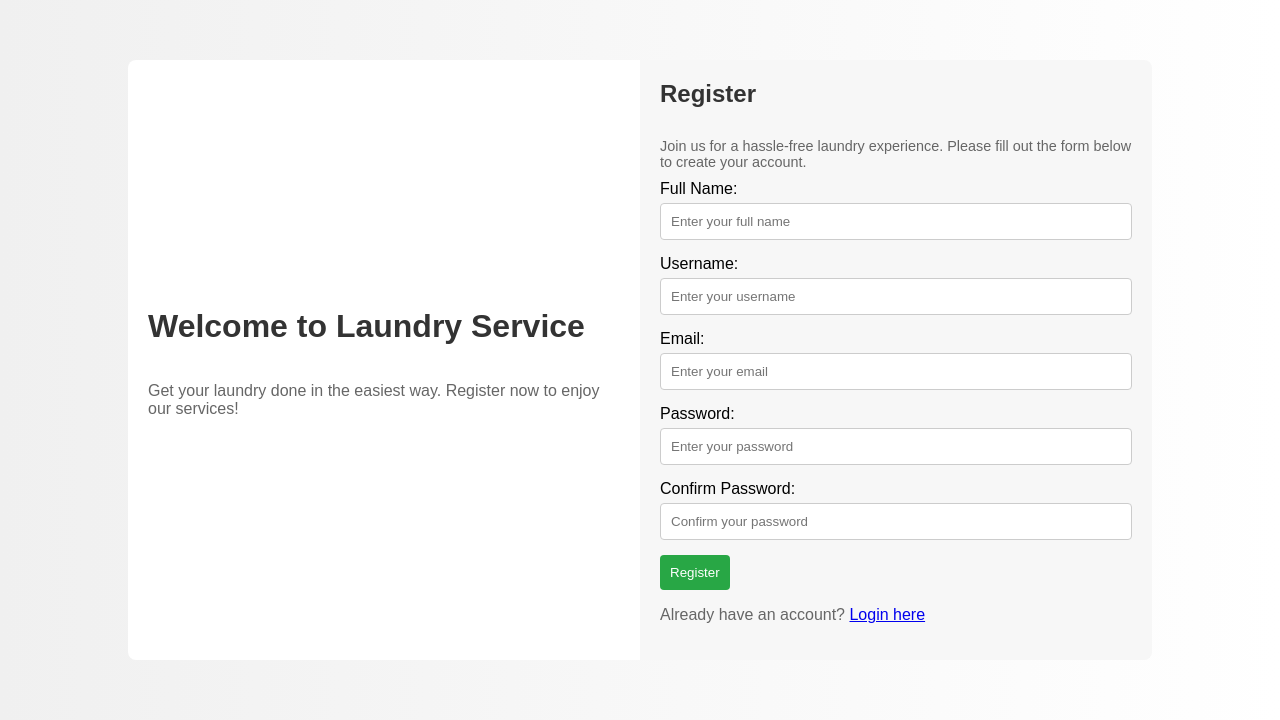
Repository: wmrmweerakoon/Online-Laundry-Management-System
Page: http://localhost/LaundryManagementSystem/Register.jsp
The author's editor kept a copy of each file at every save. The page is drawn from the files as they stood at one save, then again after the next save.
The browser window is 1280 px wide. The pictures show the whole page.
The page is served by Tomcat 9. Other server files are loaded and not shown.

Above is the page before, as saved 2024-10-07 09:42:46.

### Projects/LaundryManagementSystem/src/main/webapp/Register.jsp
<%@ page language="java" contentType="text/html; charset=UTF-8"
    pageEncoding="UTF-8"%>
<!DOCTYPE html>
<html lang="en">
<head>
    <meta charset="UTF-8">
    <meta name="viewport" content="width=device-width, initial-scale=1.0">
    <title>Register - Online Laundry Management System</title>
    <link rel="stylesheet" href="CSS/Register.css">
</head>
<body>
    <div class="register-background">
        <!-- Updated content-container div for layout -->
        <div class="content-container">
            <!-- Text content side-by-side with form -->
            <div class="text-content">
                <h1>Welcome to Laundry Service</h1>
                <p>Get your laundry done in the easiest way. Register now to enjoy our services!</p>
            </div>

            <!-- Register form container -->
            <div class="register-container">
                <h2>Register</h2>
                <p class="info-text">Join us for a hassle-free laundry experience. Please fill out the form below to create your account.</p>

                <form id="registerForm" action="RegisterServlet" method="POST" onsubmit="return validateForm()">
                    <div class="form-group">
                        <label for="fullname">Full Name:</label>
                        <input type="text" id="fullname" name="fullname" placeholder="Enter your full name" required>
                    </div>
                    <div class="form-group">
                        <label for="username">Username:</label>
                        <input type="text" id="username" name="username" placeholder="Enter your username" required>
                    </div>
                    <div class="form-group">
                        <label for="email">Email:</label>
                        <input type="email" id="email" name="email" placeholder="Enter your email" required>
                    </div>
                    <div class="form-group">
                        <label for="password">Password:</label>
                        <input type="password" id="password" name="password" placeholder="Enter your password" required>
                    </div>
                    <div class="form-group">
                        <label for="confirmPassword">Confirm Password:</label>
                        <input type="password" id="confirmPassword" name="confirmPassword" placeholder="Confirm your password" required>
                    </div>
                    <button type="submit">Register</button>
                </form>
                <p>Already have an account? <a href="Login.jsp">Login here</a></p>
            </div>
        </div>
    </div>

    <script>
        function validateForm() {
            const fullname = document.getElementById('fullname').value.trim();
            const username = document.getElementById('username').value.trim();
            const email = document.getElementById('email').value.trim();
            const password = document.getElementById('password').value;
            const confirmPassword = document.getElementById('confirmPassword').value;

            let valid = true;
            let errorMessage = "";

            clearErrors();

            // Validate Full Name
            if (fullname === "") {
                valid = false;
                errorMessage = "Full Name is required.";
                showError('fullname', errorMessage);
            }

            // Validate Username
            if (username === "") {
                valid = false;
                errorMessage = "Username is required.";
                showError('username', errorMessage);
            }

            // Validate Email
            if (email === "") {
                valid = false;
                errorMessage = "Email is required.";
                showError('email', errorMessage);
            } else if (!validateEmail(email)) {
                valid = false;
                errorMessage = "Invalid email format.";
                showError('email', errorMessage);
            }

            // Validate Password
            if (password === "") {
                valid = false;
                errorMessage = "Password is required.";
                showError('password', errorMessage);
            } else if (password.length < 8) {
                valid = false;
                errorMessage = "Password must be at least 8 characters long.";
                showError('password', errorMessage);
            }

            // Validate Confirm Password
            if (confirmPassword === "") {
                valid = false;
                errorMessage = "Please confirm your password.";
                showError('confirmPassword', errorMessage);
            } else if (password !== confirmPassword) {
                valid = false;
                errorMessage = "Passwords do not match.";
                showError('confirmPassword', errorMessage);
            }

            return valid;
        }

        function showError(inputId, message) {
            const errorElement = document.createElement('span');
            errorElement.className = 'error';
            errorElement.textContent = message;

            const inputField = document.getElementById(inputId);
            inputField.parentNode.insertBefore(errorElement, inputField.nextSibling);
        }

        function clearErrors() {
            const errorElements = document.querySelectorAll('.error');
            errorElements.forEach(element => {
                element.remove();
            });
        }

        function validateEmail(email) {
            const emailPattern = /^[^\s@]+@[^\s@]+\.[^\s@]+$/;
            return emailPattern.test(email);
        }
    </script>
</body>
</html>

### Projects/LaundryManagementSystem/src/main/webapp/CSS/Register.css
body {
    margin: 0;
    font-family: Arial, sans-serif;
}

.register-background {
    display: flex;
    justify-content: center;
    align-items: center;
    height: 100vh;
    background: linear-gradient(to right, #f0f0f0, #ffffff); /* Gradient background */
}

.content-container {
    display: flex;
    width: 80%;
    max-width: 1200px;
    border-radius: 8px;
    overflow: hidden; /* Ensure that corners are rounded */
}

.text-content {
    flex: 1; /* Take up available space */
    padding: 20px;
    display: flex;
    flex-direction: column;
    justify-content: center; /* Center text vertically */
    align-items: flex-start; /* Align text to the left */
    background-color: #ffffff; /* White background for text */
}

.register-container {
    flex: 1; /* Take up available space */
    padding: 20px;
    display: flex;
    flex-direction: column;
    justify-content: center; /* Center form vertically */
    background-color: #f7f7f7; /* Light background for form */
}

h1, h2 {
    color: #333; /* Dark text color */
}

h2 {
    margin-top: 0;
}

p {
    color: #666; /* Light gray text color */
}

.form-group {
    margin-bottom: 15px;
}

label {
    display: block;
    margin-bottom: 5px;
}

input[type="text"],
input[type="email"],
input[type="password"] {
    width: 100%;
    padding: 10px;
    border: 1px solid #ccc;
    border-radius: 4px;
    box-sizing: border-box; /* Ensures padding is included in width */
}

button {
    padding: 10px;
    background-color: #28a745; /* Green button color */
    color: white;
    border: none;
    border-radius: 4px;
    cursor: pointer;
}

button:hover {
    background-color: #218838; /* Darker green on hover */
}

.info-text {
    margin: 10px 0;
    font-size: 0.9em;
}

.error {
    color: red; /* Error text color */
    font-size: 0.9em;
    margin-top: 5px;
}

After the next save:
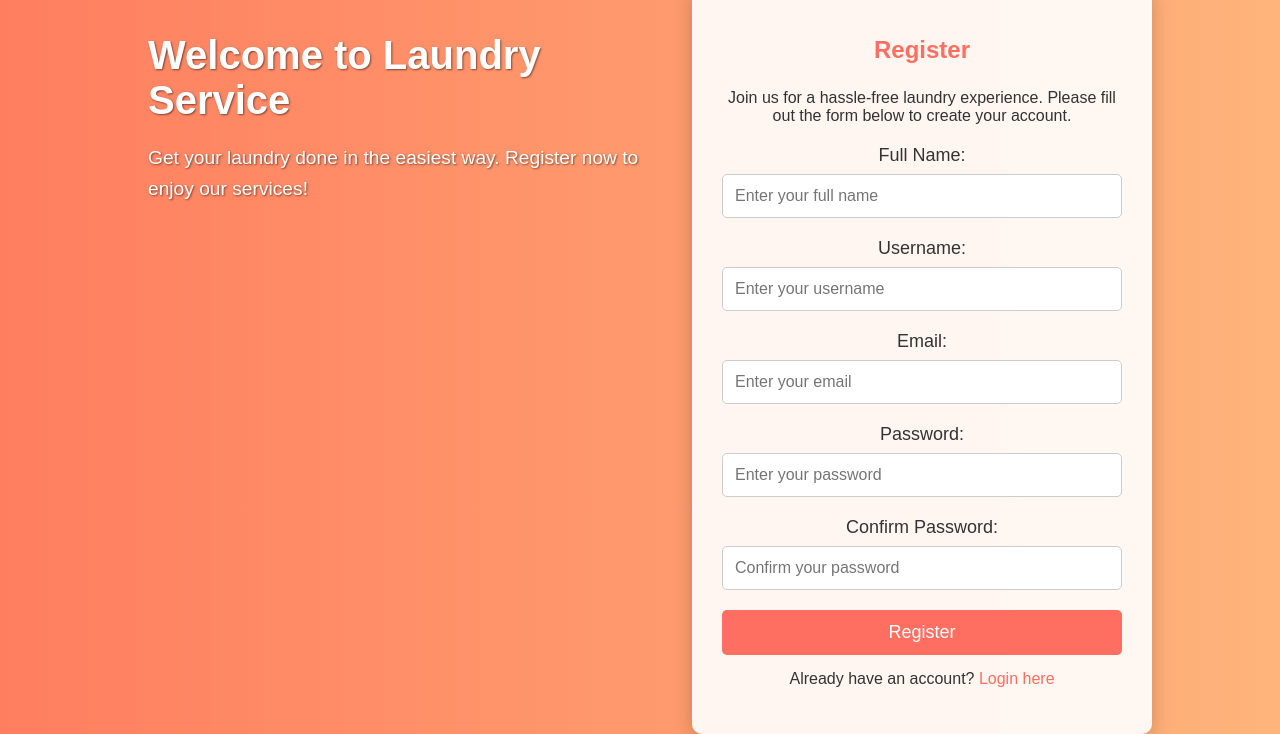
Saved 32 s later.
--- a/Projects/LaundryManagementSystem/src/main/webapp/CSS/Register.css
+++ b/Projects/LaundryManagementSystem/src/main/webapp/CSS/Register.css
@@ -1,94 +1,131 @@
+@charset "UTF-8";
+
 body {
+    font-family: 'Arial', sans-serif;
     margin: 0;
-    font-family: Arial, sans-serif;
+    padding: 0;
+    height: 100vh;
+    display: flex;
+    justify-content: center;
+    align-items: center;
+    background: linear-gradient(to right, #ff7e5f, #feb47b); /* Gradient background */
 }
 
 .register-background {
     display: flex;
     justify-content: center;
     align-items: center;
-    height: 100vh;
-    background: linear-gradient(to right, #f0f0f0, #ffffff); /* Gradient background */
+    width: 100%;
+    height: 100%;
+    background: linear-gradient(to right, #ff7e5f, #feb47b); /* Matching gradient */
 }
 
 .content-container {
     display: flex;
     width: 80%;
     max-width: 1200px;
-    border-radius: 8px;
-    overflow: hidden; /* Ensure that corners are rounded */
+    justify-content: space-between;
+    align-items: flex-start; /* Align items to the start */
+    color: white;
 }
 
 .text-content {
-    flex: 1; /* Take up available space */
+    flex: 1; /* Allows the text to take available space on the left */
     padding: 20px;
-    display: flex;
-    flex-direction: column;
-    justify-content: center; /* Center text vertically */
-    align-items: flex-start; /* Align text to the left */
-    background-color: #ffffff; /* White background for text */
+    color: #fff;
+    font-size: 1.2rem;
+    text-shadow: 1px 1px 2px rgba(0, 0, 0, 0.5); /* Text shadow for clarity on gradient */
+}
+
+.text-content h1 {
+    font-size: 2.5rem;
+    margin-bottom: 20px;
+}
+
+.text-content p {
+    line-height: 1.6;
+    margin-bottom: 20px;
 }
 
 .register-container {
-    flex: 1; /* Take up available space */
-    padding: 20px;
-    display: flex;
-    flex-direction: column;
-    justify-content: center; /* Center form vertically */
-    background-color: #f7f7f7; /* Light background for form */
-}
-
-h1, h2 {
-    color: #333; /* Dark text color */
+    background-color: rgba(255, 255, 255, 0.9);
+    padding: 30px; /* Reduced padding to minimize the height */
+    border-radius: 10px;
+    box-shadow: 0 4px 20px rgba(0, 0, 0, 0.2);
+    width: 400px;
+    text-align: center;
+    color: #333; /* Ensuring better contrast for form text */
+    margin-left: auto; /* Push the form to the right */
 }
 
 h2 {
-    margin-top: 0;
+    color: #ff6f61;
+    margin-bottom: 25px;
 }
 
-p {
-    color: #666; /* Light gray text color */
+.info-text {
+    margin-bottom: 20px;
+    color: #333;
 }
 
 .form-group {
-    margin-bottom: 15px;
+    margin-bottom: 20px;
 }
 
 label {
-    display: block;
-    margin-bottom: 5px;
+    font-size: 18px;
+    color: #333;
 }
 
 input[type="text"],
 input[type="email"],
 input[type="password"] {
     width: 100%;
-    padding: 10px;
+    padding: 12px;
+    margin-top: 8px;
     border: 1px solid #ccc;
-    border-radius: 4px;
-    box-sizing: border-box; /* Ensures padding is included in width */
+    border-radius: 5px;
+    font-size: 16px;
+    box-sizing: border-box; /* Ensure consistent sizing */
+    transition: border-color 0.3s;
+}
+
+input:focus {
+    border-color: #ff6f61;
 }
 
 button {
-    padding: 10px;
-    background-color: #28a745; /* Green button color */
-    color: white;
+    width: 100%;
+    padding: 12px;
+    background-color: #ff6f61;
+    color: #fff;
     border: none;
-    border-radius: 4px;
+    border-radius: 5px;
+    font-size: 18px;
     cursor: pointer;
+    transition: background-color 0.3s;
 }
 
 button:hover {
-    background-color: #218838; /* Darker green on hover */
-}
-
-.info-text {
-    margin: 10px 0;
-    font-size: 0.9em;
+    background-color: #ff4824;
 }
 
 .error {
-    color: red; /* Error text color */
-    font-size: 0.9em;
+    color: red;
+    font-size: 14px;
     margin-top: 5px;
+    margin-bottom: 10px;
 }
+
+p {
+    margin-top: 15px;
+}
+
+p a {
+    color: #ff6f61;
+    text-decoration: none;
+}
+
+p a:hover {
+    text-decoration: underline;
+}
